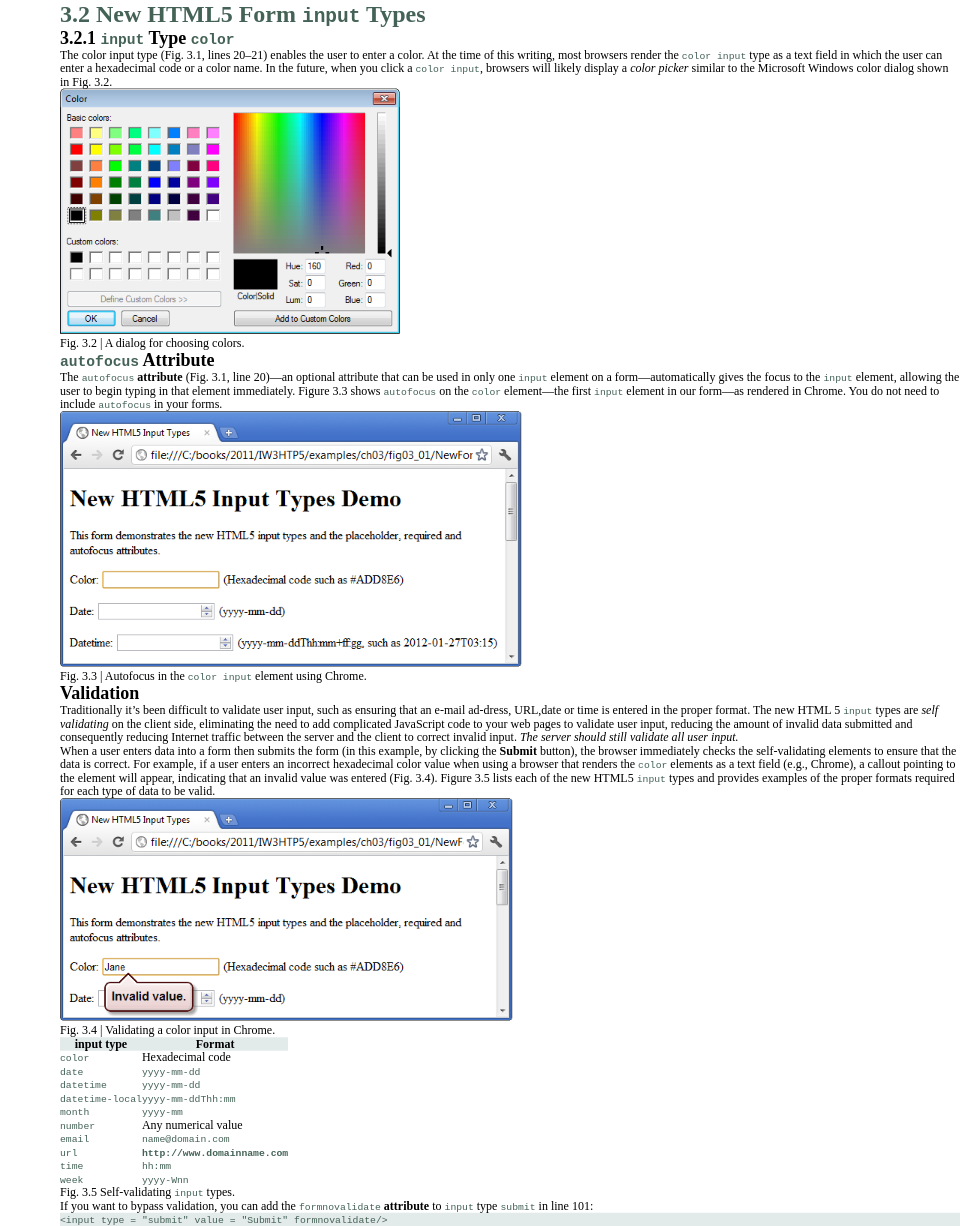
Repository: mlmEFSC21/P4-Textbook-Copy
Page: index.html
An editor plug-in stored every save of this project. The page is shown before and after the next save, followed by the edit.
The browser window is 1280 px wide. The pictures show the whole page, at 75% of full size.

Above is the page before, as saved 2022-02-03 15:41:10.

### index.html
<!DOCTYPE html>
<html lang="en">
    <head>
        <meta charset="UTF-8" />
        <meta http-equiv="X-UA-Compatible" content="IE=edge" />
        <meta name="viewport" content="width=device-width, initial-scale=1.0" />
        <link rel="stylesheet" href="bookStyles.css" />
        <title>Laying Out Book Pages</title>
    </head>
    <header>
        <h1>3.2 New HTML5 Form <code>input</code> Types</h1>
    </header>
    <body>
        <section class="color-input-type">
            <header>
                <h2>3.2.1 <code>input</code> Type <code>color</code></h2>
            </header>
            <p>
                The color input type (Fig. 3.1, lines 20–21) enables the user to enter a color. At
                the time of this writing, most browsers render the <code>color input</code> type as
                a text field in which the user can enter a hexadecimal code or a color name. In the
                future, when you click a <code>color input</code>, browsers will likely display a
                <em>color picker</em> similar to the Microsoft Windows color dialog shown in Fig.
                3.2.
            </p>
            <figure>
                <img src="images\OperaColorInput.png" alt="Microsoft Windows color dialog" />
                <figcaption>Fig. 3.2 | A dialog for choosing colors.</figcaption>
            </figure>
        </section>
        <section class="autofocus-attribute">
            <header>
                <h2><code>autofocus</code> Attribute</h2>
            </header>
            <p>
                The <code>autofocus</code> <strong>attribute</strong> (Fig. 3.1, line 20)—an
                optional attribute that can be used in only one <code>input</code> element on a
                form—automatically gives the focus to the <code>input</code> element, allowing the
                user to begin typing in that element immediately. Figure 3.3 shows
                <code>autofocus</code> on the <code>color</code> element—the first
                <code>input</code> element in our form—as rendered in Chrome. You do not need to
                include <code>autofocus</code> in your forms.
            </p>
            <figure>
                <img
                    src="images\Autofocus.png"
                    alt="web page demo of autofocus on a color input field"
                />
                <figcaption>
                    Fig. 3.3 | Autofocus in the <code>color input</code> element using Chrome.
                </figcaption>
            </figure>
        </section>
        <section class="input-validation">
            <header>
                <h2>Validation</h2>
            </header>
            <p>
                Traditionally it’s been difficult to validate user input, such as ensuring that an
                e-mail ad-dress, URL,date or time is entered in the proper format. The new HTML 5
                <code>input</code> types are <em>self validating</em> on the client side,
                eliminating the need to add complicated JavaScript code to your web pages to
                validate user input, reducing the amount of invalid data submitted and consequently
                reducing Internet traffic between the server and the client to correct invalid
                input. <em>The server should still validate all user input.</em>
            </p>
            <p>
                When a user enters data into a form then submits the form (in this example, by
                clicking the <strong>Submit</strong> button), the browser immediately checks the
                self-validating elements to ensure that the data is correct. For example, if a user
                enters an incorrect hexadecimal color value when using a browser that renders the
                <code>color</code> elements as a text field (e.g., Chrome), a callout pointing to
                the element will appear, indicating that an invalid value was entered (Fig. 3.4).
                Figure 3.5 lists each of the new HTML5 <code>input</code> types and provides
                examples of the proper formats required for each type of data to be valid.
            </p>
            <figure>
                <img
                    src="images\SelfValidationChrome.png"
                    alt="web page demo of validation preventing a non color input into a color input field"
                />
                <figcaption>Fig. 3.4 | Validating a color input in Chrome.</figcaption>
            </figure>
        </section>
        <section class="self-validating-types">
            <figure>
                <table class="validation-table">
                    <thead>
                        <th>input type</th>
                        <th>Format</th>
                    </thead>
                    <tr>
                        <td><code>color</code></td>
                        <td>Hexadecimal code</td>
                    </tr>
                    <tr>
                        <td><code>date</code></td>
                        <td><code>yyyy-mm-dd</code></td>
                    </tr>
                    <tr>
                        <td><code>datetime</code></td>
                        <td><code>yyyy-mm-dd</code></td>
                    </tr>
                    <tr>
                        <td><code>datetime-local</code></td>
                        <td><code>yyyy-mm-ddThh:mm</code></td>
                    </tr>
                    <tr>
                        <td><code>month</code></td>
                        <td><code>yyyy-mm</code></td>
                    </tr>
                    <tr>
                        <td><code>number</code></td>
                        <td>Any numerical value</td>
                    </tr>
                    <tr>
                        <td><code>email</code></td>
                        <td><code>name@domain.com</code></td>
                    </tr>
                    <tr>
                        <td><code>url</code></td>
                        <td>
                            <a href="http://www.domainname.com"
                                ><code>http://www.domainname.com</code></a
                            >
                        </td>
                    </tr>
                    <tr>
                        <td><code>time</code></td>
                        <td><code>hh:mm</code></td>
                    </tr>
                    <tr>
                        <td><code>week</code></td>
                        <td><code>yyyy-Wnn</code></td>
                    </tr>
                </table>
                <figcaption>Fig. 3.5 Self-validating <code>input</code> types.</figcaption>
            </figure>
            <aside>
                <p>
                    If you want to bypass validation, you can add the <code>formnovalidate</code>
                    <strong>attribute</strong> to <code>input</code> type <code>submit</code> in
                    line 101:
                </p>
                <div class="form-no-val">
                    <code>&lt;input type = "submit" value = "Submit" formnovalidate/&gt;</code>
                </div>
            </aside>
        </section>
    </body>
</html>

### bookStyles.css
:root {
    --clr-prime: #;
    --clr-background-accent: rgba(70, 114, 115, 0.15);
    --clr-font-links: #275b8a;
    --clr-font-prime: black;
    --clr-font-code: #446256;
    --clr-font-figcap: darkgrey;
    --clr-background: white;
}
*,
*::before,
*::after {
    margin: 0;
    padding: 0;
    box-sizing: border-box;
}
body {
    margin-left: 5rem;
    padding: auto;
    background-color: var(--clr-background);
    color: var(--clr-font-prime);
}
code,
h1 {
    color: var(--clr-font-code);
}
table {
    border-collapse: collapse;
}
a {
    color: var(--clr-font-links);
    text-decoration: none;
    font-weight: 700;
    cursor: pointer;
}
th,
div {
    background-color: var(--clr-background-accent);
}

After the next save:
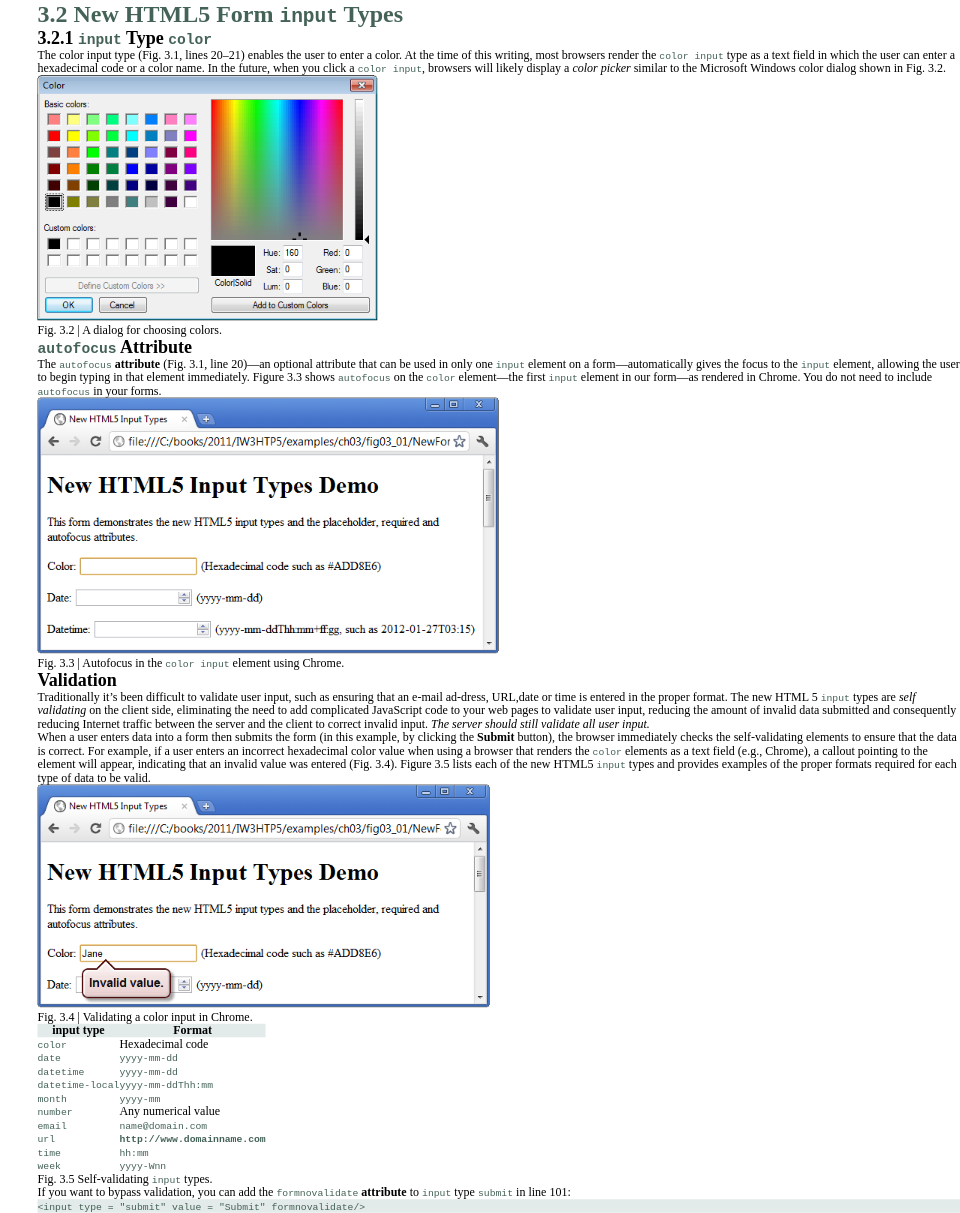
Saved 10 s later.
--- a/bookStyles.css
+++ b/bookStyles.css
@@ -15,7 +15,7 @@
     box-sizing: border-box;
 }
 body {
-    margin-left: 5rem;
+    margin-left: 50px;
     padding: auto;
     background-color: var(--clr-background);
     color: var(--clr-font-prime);
